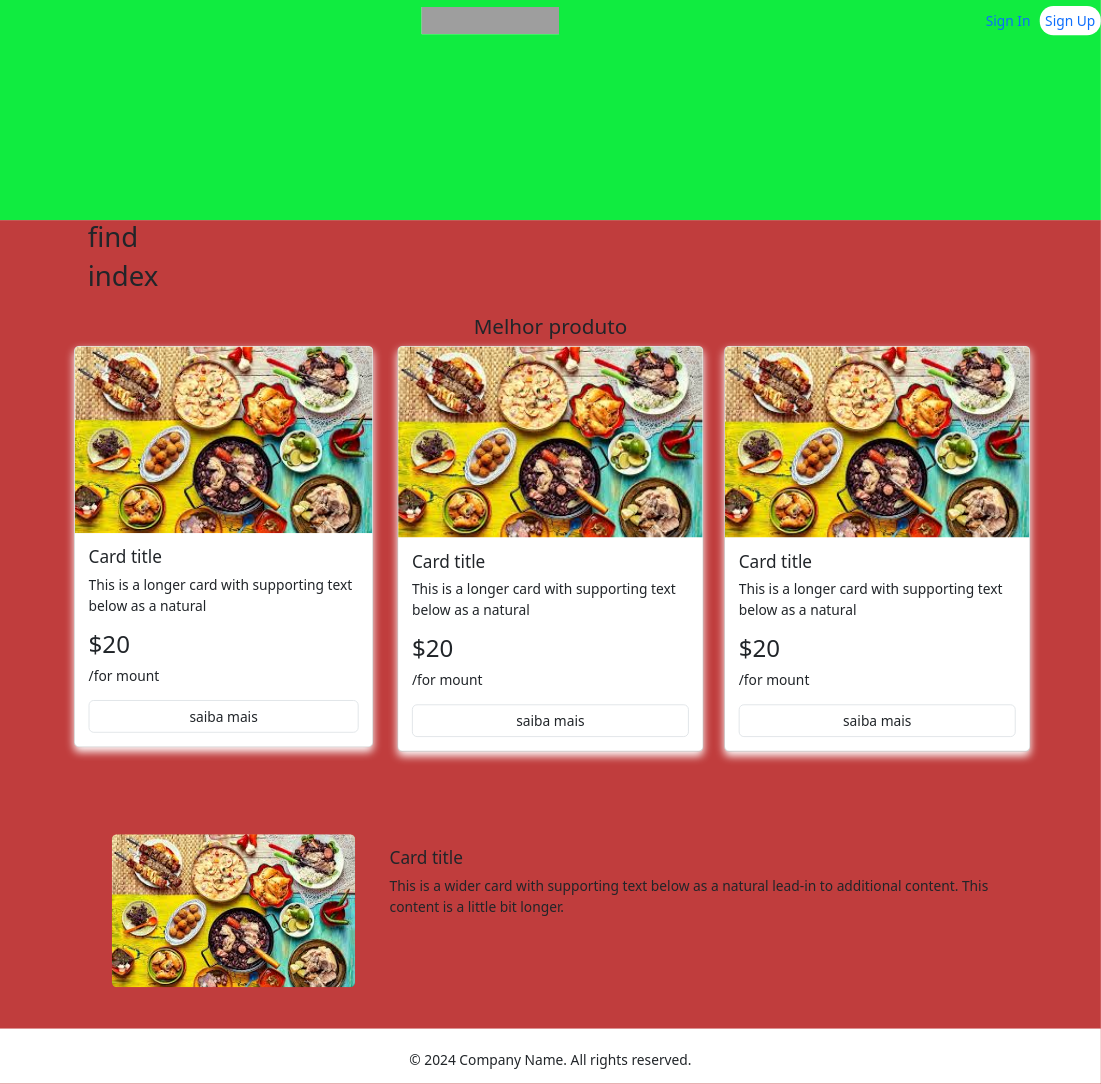
Repository: Joao-Rafael-mob/repoCurso
Page: index.html
These files come from the project's save history. The page is drawn as it stood at one moment and after the next save; the edit follows.
The browser window is 1280 px wide. The pictures show the whole page, at 86% of full size.
Pictures or frames that could not be fetched are drawn as grey boxes.

Above is the page before, as saved 2024-09-27 10:10:43.

After the next save:
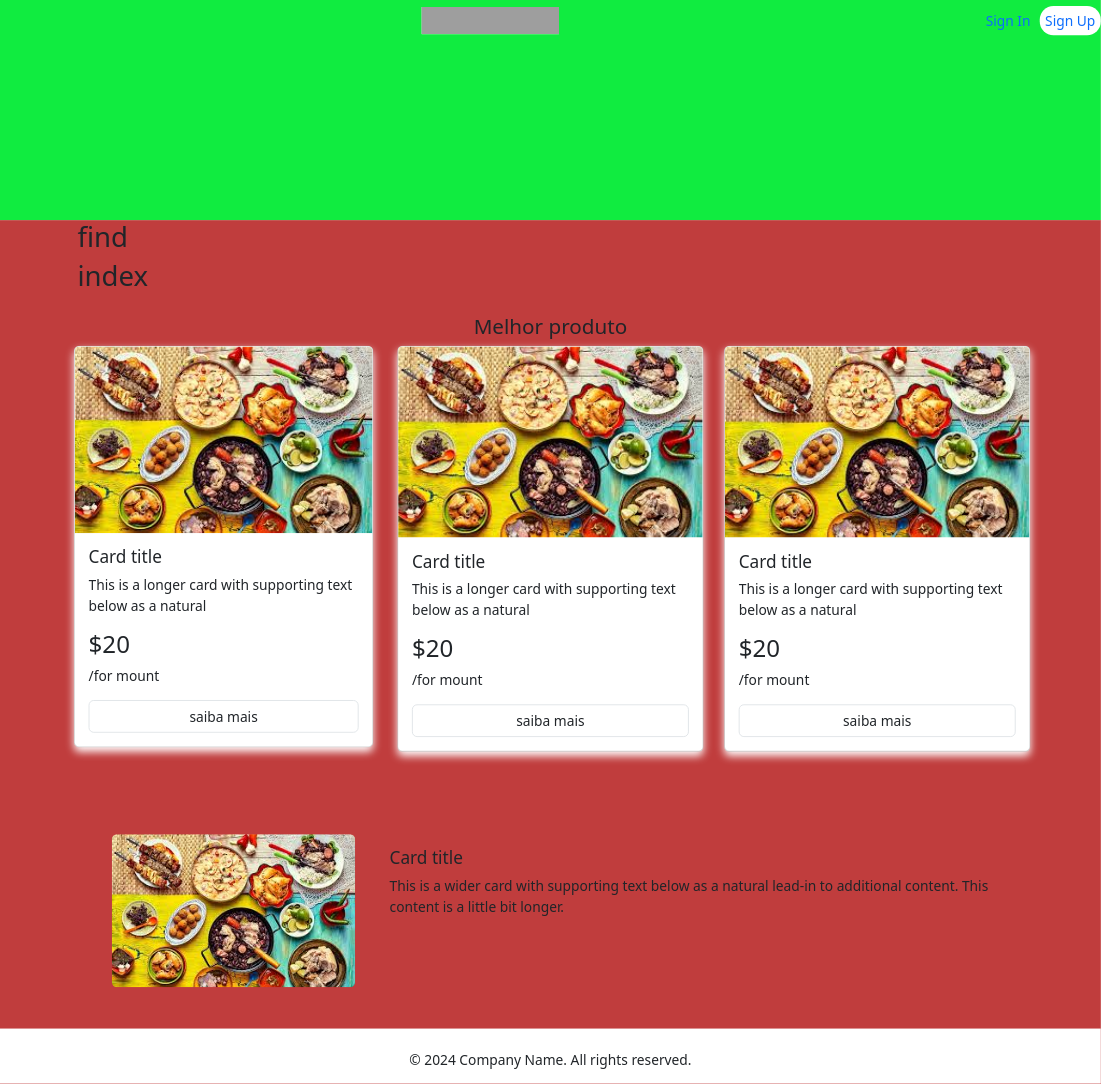
Saved 62 s later.
--- a/index.html
+++ b/index.html
@@ -25,7 +25,7 @@
     </div>
     <main>
       <div class="container">
-        <div class="row row-cols-1 px-2  m-auto">
+        <div class=" mostraProduto row row-cols-1 px-2">
             <div class="col h2">find</div>
             <div class="col h2">index</div>
         </div>
